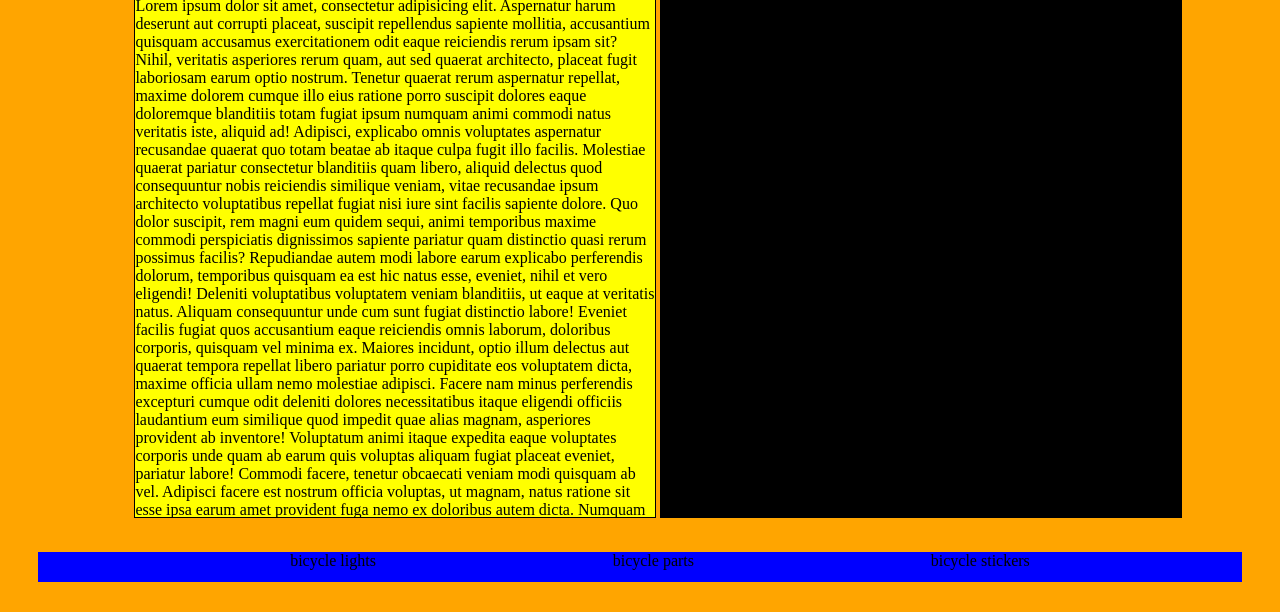
Repository: Danieldev28/Responsive-Web
Page: index.html
The author's editor kept a record of every edit. The page is drawn from the files as they stood at one moment, then again after the next edit.
The browser window is 1280 px wide. The pictures show the part of the page from y = 502 to 1114 px (the page is 1114 px tall).
A picture or video elsewhere on the page could not be fetched, so the positions and the page height are approximate. An inner scrolling area shows only its first screen.

Above is the page before.

After the next edit:
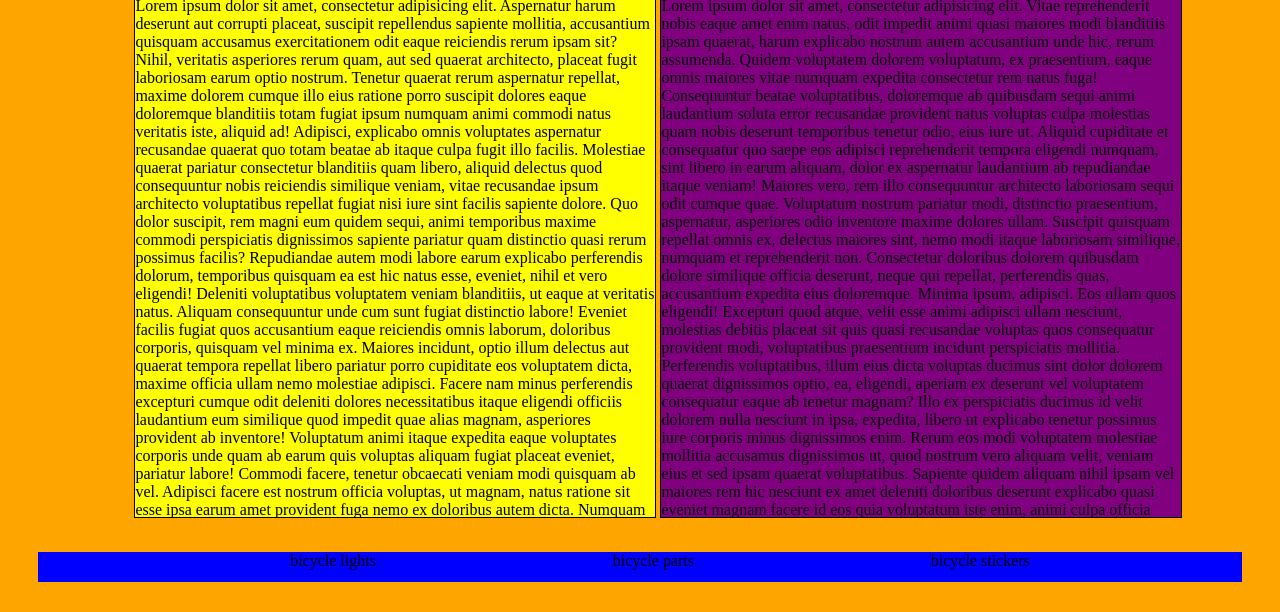
The edit:
--- a/style.css
+++ b/style.css
@@ -62,6 +62,6 @@
 
 }
 #borderbox2{
- background-color: black;
+ background-color: purple;
 }
 }
